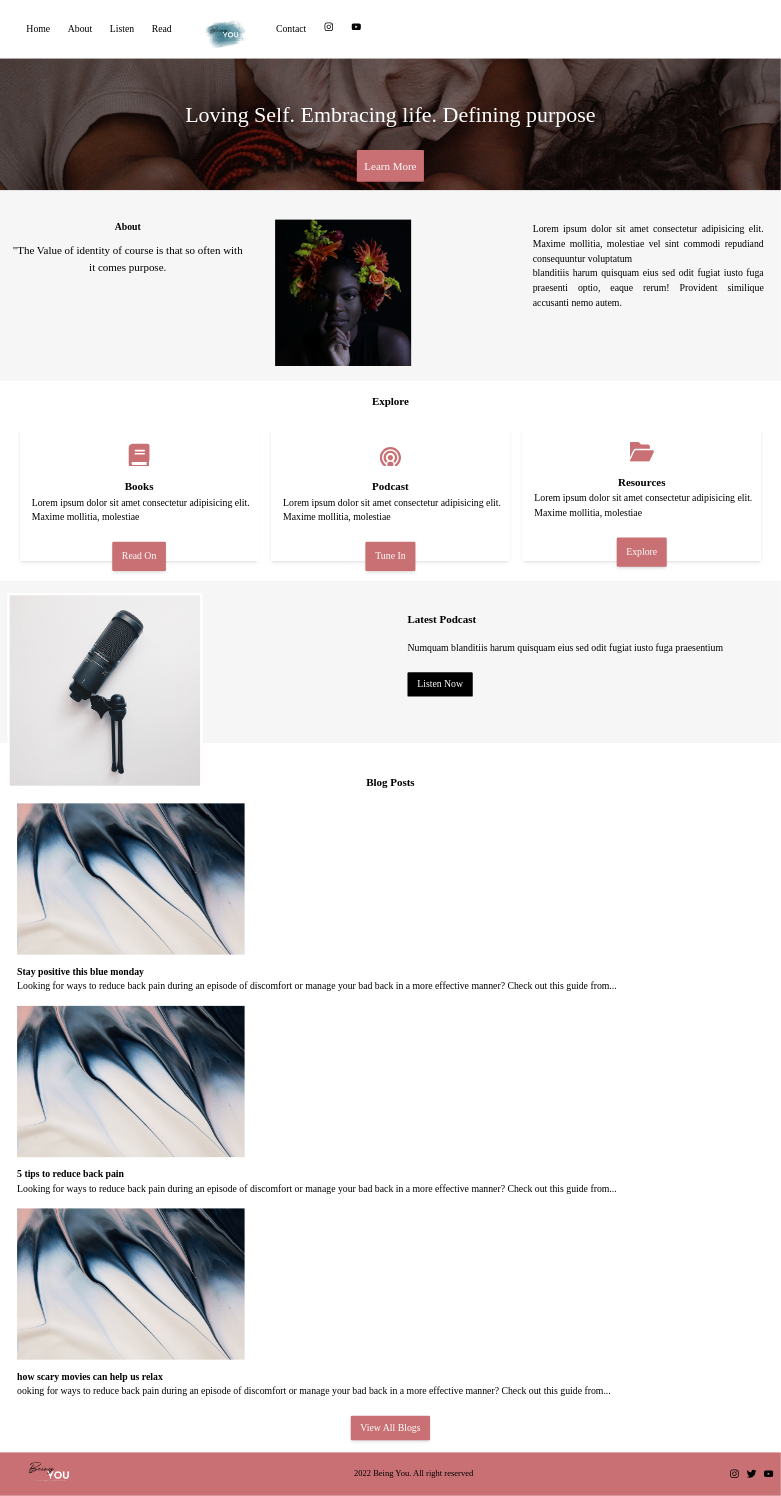
Repository: BrightonMboya/being-you
Page: /
The author's editor kept a copy of each file at every save. The page is drawn from the files as they stood at one save, then again after the next save.
The browser window is 1280 px wide. The pictures show the whole page, at 61% of full size.
The project was rebuilt for these pictures with package versions that can differ from the ones it lists, and the page was loaded fresh each time.

Above is the page before, as saved 2022-05-29 11:25:52.

### src/index.css
@tailwind base;
@tailwind components;
@tailwind utilities;

@layer base {
    html {
        font-family: Cormorant Garamond;
    }
}

### src/App.js
import React from "react";
import NavBar from './Components/Navbar/NavBar';
import HeroSection from "./Components/Hero-Section/HeroSection";
import About from "./Components/About/About"
import Explore from "./Components/Podcast/Explore";
import Podcast from "./Components/Podcast/Podcast";
import Blogs from "./Components/Blog/Blogs";
import Footer from "./Components/Footer/Footer";

function App() {
  return (
    <React.Fragment>
     <NavBar/>
     <HeroSection/>
     <About/>
     <Explore/>
     <Podcast/>
     <Blogs/>
     <Footer/>
    </React.Fragment>
  );
}

export default App;

### src/Components/Navbar/NavBar.jsx
import React, { useState } from 'react'
import { Link } from 'react-scroll'
import logo from '../../assets/logo.png'
import { FaBars, FaTimes, FaInstagram, FaYoutube } from 'react-icons/fa'

const NavBar = () => {
  const [nav, setNav] = useState(false)
  const handleClick = () => setNav(!nav)
  return (
    <React.Fragment>
      <div className="flex items-center justify-between shadow-md">
        <div className="md:hidden">
          <img src={logo} alt="" className="object-cover w-28 h-28" />
        </div>

        {/* menu */}
        <ul className="hidden md:flex gap-[4vh] ml-[6vh] mt-4">
          <li className="mt-5">
            <Link to="home" smooth={true} duration={500}>
              Home
            </Link>
          </li>
          <li className="mt-5">
            <Link to="about" smooth={true} duration={500}>
              About
            </Link>
          </li>
          <li className="mt-5">
            <Link to="listen" smooth={true} duration={500}>
              Listen
            </Link>
          </li>
          <li className="mt-5">
            <Link to="read" smooth={true} duration={500}>
              Read
            </Link>
          </li>
          <li>
            <img src={logo} alt="" className="object-cover w-30 h-20" />
          </li>
          <li className="mt-5">
            <Link to="contact" smooth={true} duration={500}>
              Contact
            </Link>
          </li>
          <li className="mt-5">
            <FaInstagram className="w-full" />
          </li>
          <li className="mt-5">
            <FaYoutube />
          </li>
        </ul>

        {/* Hamburger Menu */}
        <div className="md:hidden z-10" onClick={handleClick}>
          {!nav ? (
            <FaBars className="text-2xl w-full mr-8" />
          ) : (
            <FaTimes className="text-3xl  mr-3" />
          )}
        </div>

        {/* mobile menu */}
        <ul
          className={
            !nav
              ? 'hidden'
              : 'absolute top-0 left-0 w-full h-[60vh] flex flex-col justify-center items-center'
          }
        >
          <li className="text-2xl py-5">
            <Link onClick={handleClick} to="home" smooth={true} duration={500}>
              Home
            </Link>
          </li>
          <li className="text-2xl">
            <Link to="about" smooth={true} duration={500}>
              About
            </Link>
          </li>
          <li className="text-2xl">
            <Link to="listen" smooth={true} duration={500}>
              Listen
            </Link>
          </li>
          <li className="text-2xl">
            <Link to="read" smooth={true} duration={500}>
              Read
            </Link>
          </li>

          <li className="text-2xl">
            <Link to="contact" smooth={true} duration={500}>
              Contact
            </Link>
          </li>
        </ul>
      </div>
    </React.Fragment>
  )
}

export default NavBar

### src/Components/Hero-Section/HeroSection.jsx
import React from 'react'
import hero from '../../assets/hero.png'

const HeroSection = () => {
  return (
    <div
      style={{
        backgroundImage: `url(${hero})`,
        objectPosition: 'cover',
      }}
      className="object-cover bg-cover bg-no-repeat h-[30vh] md:h-[30vh]"
    >
      <div className="flex flex-col items-center justify-center pt-[7vh]">
        <h3 className="text-center text-xl text-white font-medium py-[3vh] md:text-4xl">
          Loving Self. Embracing life. Defining purpose
        </h3>

        <button className="bg-[#C87073] text-white py-1.5 mt-4 px-2.5 rounded-sm font-normal text-base md:py-3 px-3 text-lg">
          Learn More
        </button>
      </div>
    </div>
  )
}

export default HeroSection

### src/Components/About/About.jsx
import React from "react";
import about from "../../assets/about.jpg";

const About = () => {
  return (
    <div className="flex flex-col justify-center items-center bg-[#F6F6F6]">
      <div className="py-6 md:grid grid-cols-3 gap-3">
        <div className="mt-6">
          <h3 className="text-center font-semibold">About</h3>
          <p className="text-center px-4 md:mt-3 text-lg">
            "The Value of identity of course is that so often with it comes
            purpose.
          </p>
        </div>
        <div>
          <img src={about} alt="" className="mt-6 px-[10vh] h-60 md:px-5" />
        </div>
        <p className="text-center px-3 text-sm mt-7 md:text-base text-justify mr-4">
          Lorem ipsum dolor sit amet consectetur adipisicing elit. Maxime
          mollitia, molestiae vel sint commodi repudiand consequuntur voluptatum
          <br />
          blanditiis harum quisquam eius sed odit fugiat iusto fuga praesenti
          optio, eaque rerum! Provident similique accusanti nemo autem.
        </p>
      </div>
    </div>
  );
};

export default About;

### src/Components/Podcast/Explore.jsx
import React from "react";
import ExploreCard from "./ExploreCard";
import book from "../../assets/book.svg";
import podcast from "../../assets/podcast.svg";
import resources from "../../assets/resources.svg";

const Explore = () => {
  return (
    <div className="mt-5">
      <h3 className="text-center font-semibold text-lg">Explore</h3>
      <div className="flex flex-col px-8 md:grid grid-cols-3 gap-5">
        <ExploreCard
          image={book}
          title="Books"
          description="Lorem ipsum dolor sit amet consectetur adipisicing elit. Maxime mollitia, molestiae "
          action="Read On"
        />
        <ExploreCard
          image={podcast}
          title="Podcast"
          description="Lorem ipsum dolor sit amet consectetur adipisicing elit. Maxime mollitia, molestiae "
          action="Tune In"
        />
        <ExploreCard
          image={resources}
          title="Resources"
          description="Lorem ipsum dolor sit amet consectetur adipisicing elit. Maxime mollitia, molestiae "
          action="Explore"
        />

      </div>
    </div>
  );
};

export default Explore;

### src/Components/Podcast/Podcast.jsx
import React from "react";
import mic from "../../assets/mic.jpg";

const Podcast = () => {
  return (
    <div className="bg-[#F6F6F6] mt-8 h-[37vh]">
      <div className="grid grid-cols-2">
        <img
          src={mic}
          alt=""
          className="h-full w-25 object-cover ml-3  mt-5 border-4 border-white md:h-80 mt-12 ml-12"
        />
        <div className="mt-[7vh] ml-7">
          <h3 className="font-semibold md:text-lg">Latest Podcast</h3>
          <p className="text-sm mr-5 mt-5 md:text-base">
            Numquam blanditiis harum quisquam eius sed odit fugiat iusto fuga
            praesentium
          </p>

          <button className="mt-7 bg-black text-white px-4 py-2 rounded-sm shadow-mdF">
            Listen Now
          </button>
        </div>
      </div>
    </div>
  );
};

export default Podcast;

### src/Components/Blog/Blogs.jsx
import React from "react";
import BlogCard from "./BlogCard";
import blog from "../../assets/blog.png";

const Blogs = () => {
  return (
    <div>
      <div className="mt-[7vh]">
        <h3 className="text-center font-semibold text-lg">Blog Posts</h3>
        <div>
          <BlogCard
            image={blog}
            title="Stay positive this blue monday"
            description="Looking for ways to reduce back pain during an episode of
            discomfort or manage your bad back in a more effective manner? Check out this guide from..."
          />
          <BlogCard
            image={blog}
            title="5 tips to reduce back pain"
            description="Looking for ways to reduce back pain during an episode of
            discomfort or manage your bad back in a more effective manner? Check out this guide from..."
          />
          <BlogCard
            image={blog}
            title="how scary movies can help us relax"
            description="ooking for ways to reduce back pain during an episode of
            discomfort or manage your bad back in a more effective manner? Check out this guide from..."
          />
        </div>

        <div className="flex items-center justify-center mb-5">
          <button className="mt-7 bg-[#C87073] text-white px-4 py-2 rounded-sm shadow-md">
            View All Blogs
          </button>
        </div>
      </div>
    </div>
  );
};

export default Blogs;

### src/Components/Footer/Footer.jsx
import React from "react";
import logo2 from '../../assets/logo2.png'
import {FaInstagram, FaTwitter, FaYoutube} from 'react-icons/fa'

const Footer = () => {
    const year = new Date().getFullYear();
  return <div className="bg-[#C87073] flex justify-between items-center">
      <div>
          <img src={logo2} alt="" className="h-full w-40" />
      </div>

      <div>
        <h2 className="text-sm">{year} Being You. All right reserved</h2>
      </div>

      <div className="flex gap-3 mr-3">
          <FaInstagram/>
          <FaTwitter/>
          <FaYoutube/>
      </div>
  </div>;
};

export default Footer;

### src/Components/Podcast/ExploreCard.jsx
import React from "react";

const ExploreCard = (props) => {
  return (
    <div className="mt-8">
      <div className="flex flex-col items-center shadow-md h-[30vh]">
        <img src={props.image} alt="" className="md:w-10 h-10 mt-5" />
        <h3 className="mt-5 font-semibold text-lg">{props.title}</h3>
        <p className="ml-5">{props.description}</p>

        <button className="mt-7 bg-[#C87073] text-white px-4 py-3 rounded-sm shadow-md">{props.action}</button>
      </div>
    </div>
  );
};

export default ExploreCard;

### src/Components/Blog/BlogCard.jsx
import React from 'react'

const BlogCard = (props) => {
  return (
    <div>
        <div className='px-7'>
            <img src={props.image} alt="" className='mt-5 object-cover'/>
            <h3 className='mt-4 font-semibold text-base'>{props.title}</h3>
            <p>{props.description}</p>
        </div>
    </div>
  )
}

export default BlogCard

Loaded but not shown: public/index.html (common file); src/index.js (common file); tailwind.config.js (common file)

After the next save:
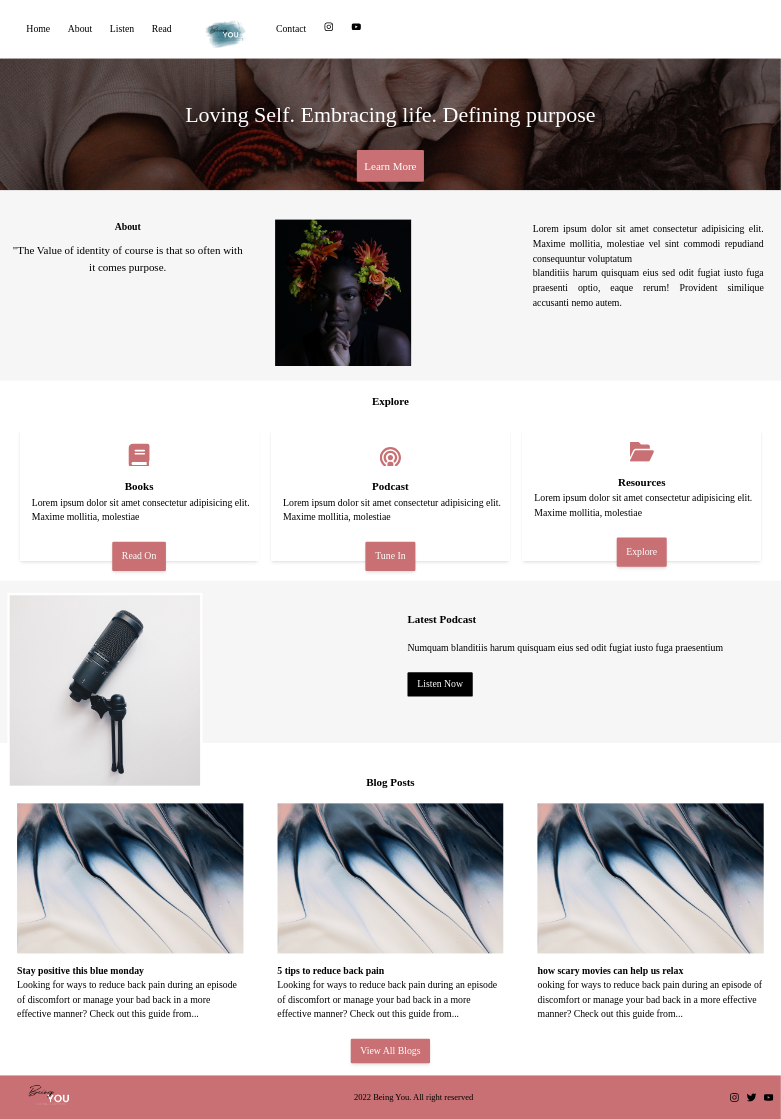
Saved 60 s later.
--- a/src/Components/Blog/Blogs.jsx
+++ b/src/Components/Blog/Blogs.jsx
@@ -7,7 +7,7 @@
     <div>
       <div className="mt-[7vh]">
         <h3 className="text-center font-semibold text-lg">Blog Posts</h3>
-        <div>
+        <div className="md:grid grid-cols-3">
           <BlogCard
             image={blog}
             title="Stay positive this blue monday"

After the save that followed:
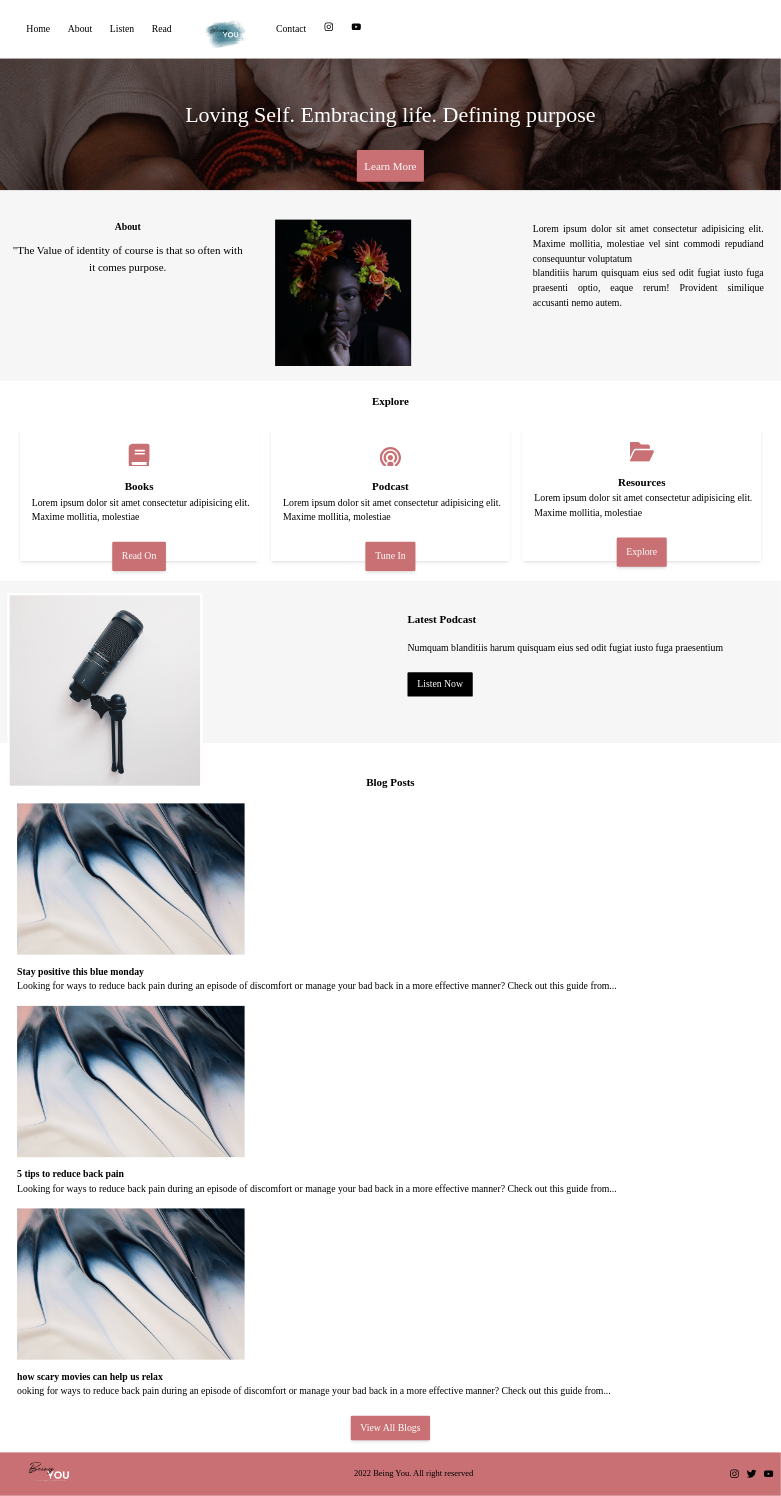
Saved 8 s later.
--- a/src/Components/Blog/Blogs.jsx
+++ b/src/Components/Blog/Blogs.jsx
@@ -7,7 +7,7 @@
     <div>
       <div className="mt-[7vh]">
         <h3 className="text-center font-semibold text-lg">Blog Posts</h3>
-        <div className="md:grid grid-cols-3">
+        <div className="md:grid grid-cols-auto">
           <BlogCard
             image={blog}
             title="Stay positive this blue monday"
